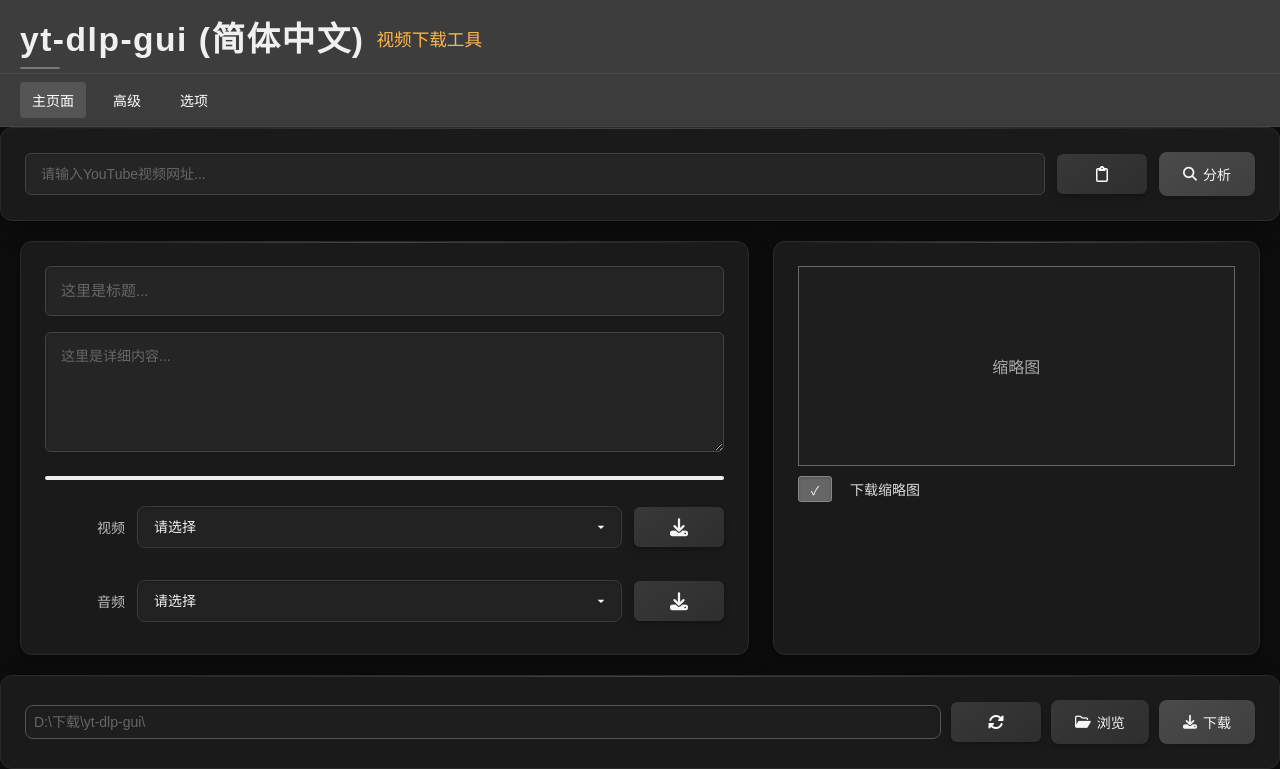
Repository: zArvin6808/yt-TubeSaver
Page: index.html
An editor plug-in stored every save of this project. The page is shown before and after the next save, followed by the edit.
The browser window is 1280 px wide. The pictures show the whole page.

Above is the page before, as saved 2025-06-09 07:48:57.

After the next save:
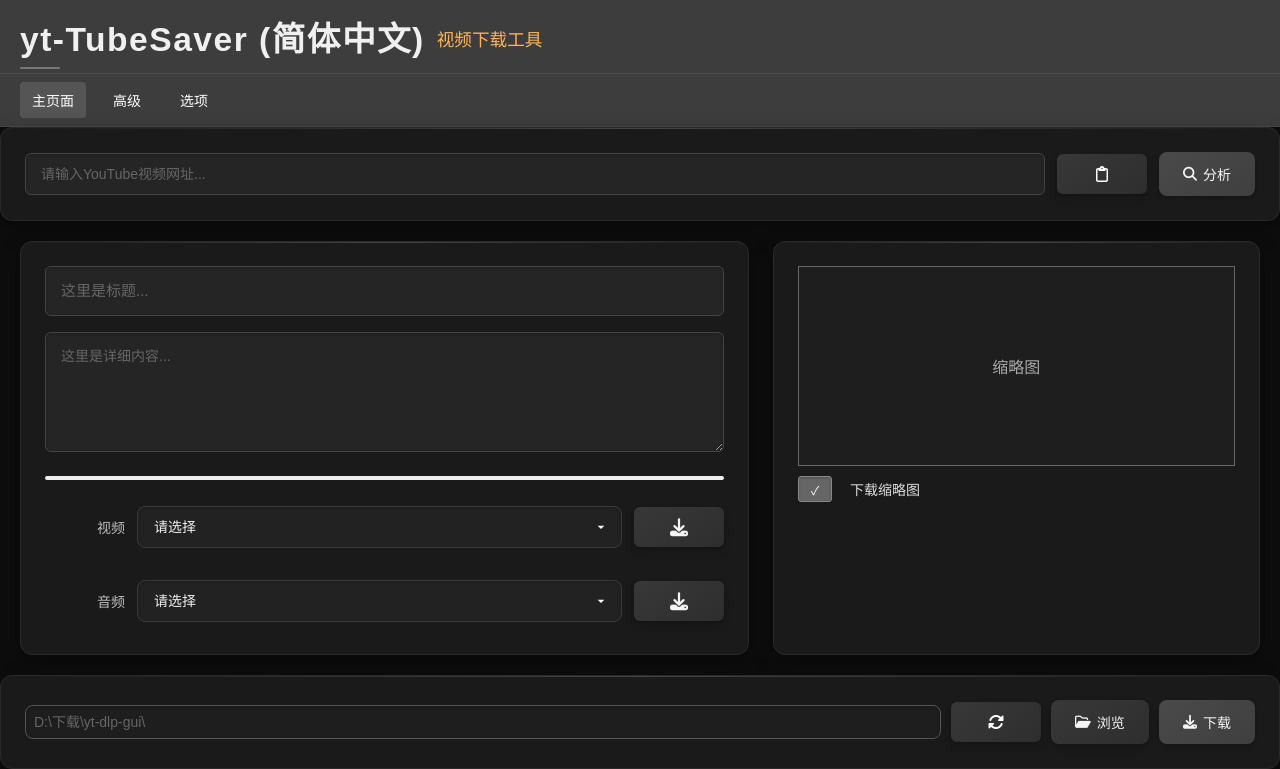
Saved 49 s later.
--- a/index.html
+++ b/index.html
@@ -11,7 +11,7 @@
 
   <!-- 标题栏 -->
   <div class="title-bar">
-    <h1>yt-dlp-gui (简体中文)</h1>
+    <h1>yt-TubeSaver (简体中文)</h1>
     <span>视频下载工具</span>
   </div>
 
